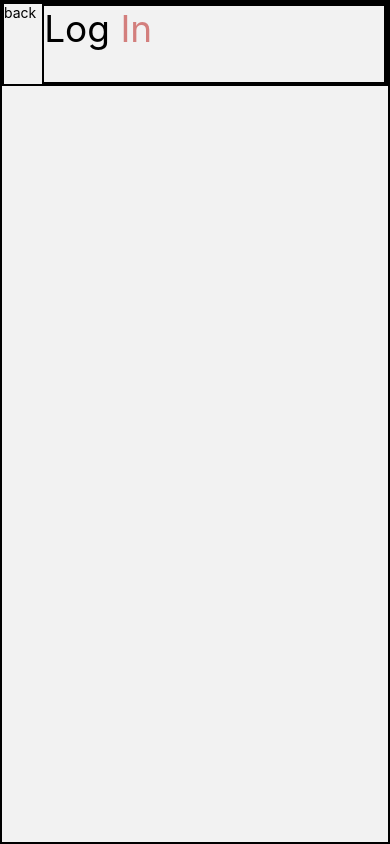
Repository: kgayathridevi/pregband
Screen: /
An editor plug-in stored every save of this project. The screen is shown before and after the next save, followed by the edit.
The app was drawn by React Native's web renderer in a window 390 px wide. The project was rebuilt for these pictures with package versions that can differ from the ones it lists, and the page was loaded fresh each time. Also part of the build but not shown: component/SignUpScreen.jsx, component/Home.jsx.

Above is the screen before, as saved 2023-04-28 13:12:17.

### App.js
import { NavigationContainer } from "@react-navigation/native";
import { createNativeStackNavigator } from "@react-navigation/native-stack";
import { StatusBar } from "expo-status-bar";
import { StyleSheet, Text, View } from "react-native";
import SignUpScreen from "./component/SignUpScreen";
import LogInScreen from "./component/LogInScreen";
import Home from "./component/Home";

const Stack = createNativeStackNavigator();
export default function App() {
  return (
    <NavigationContainer>
      <Stack.Navigator initialRouteName="Log">
        <Stack.Screen
          options={{ headerShown: false }}
          name="Log"
          component={LogInScreen}
        />
        <Stack.Screen name="Sign" component={SignUpScreen} />
        <Stack.Screen name="Home" component={Home} />
      </Stack.Navigator>
    </NavigationContainer>
  );
}

const styles = StyleSheet.create({
  // container: {
  //   flex: 1,
  //   backgroundColor: '#fff',
  //   alignItems: 'center',
  //   justifyContent: 'center',
  // },
});

### component/LogInScreen.jsx
import {
  Button,
  StyleSheet,
  Text,
  TextInput,
  TouchableOpacity,
  View,
} from "react-native";
import React from "react";
import { SafeAreaView } from "react-native-safe-area-context";

const LogInScreen = ({ navigation }) => {
  return (
    <SafeAreaView style={styles.container}>
      <View style={styles.headerContainer}>
        <View>
          <Text>back</Text>
        </View>
        <View style={styles.titleContain}>
          <Text style={styles.textC}>Log</Text>
          <Text style={[styles.textC, styles.textC2]}> In</Text>
        </View>
      </View>
      <View></View>
    </SafeAreaView>
  );
};

export default LogInScreen;

const styles = StyleSheet.create({
  container: {
    borderWidth: 2,
    height: "100%",
  },
  headerContainer: {
    borderWidth: 2,
    height: "10%",
    flexDirection: "row",
    justifyContent: "space-between",
  },
  titleContain: {
    borderWidth: 2,
    flexDirection: "row",
    width: "90%",
  },
  textC: {
    fontSize: 37,
  },
  textC2: {
    color: "#D37F7D",
  },
});

After the next save:
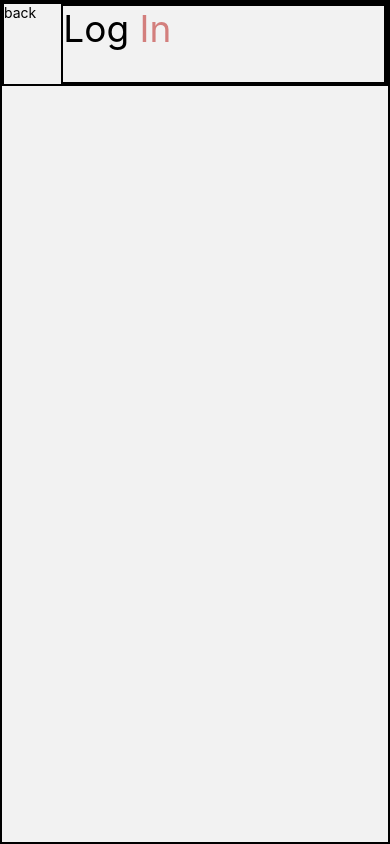
Saved 14 s later.
--- a/component/LogInScreen.jsx
+++ b/component/LogInScreen.jsx
@@ -42,7 +42,7 @@ const styles = StyleSheet.create({
   titleContain: {
     borderWidth: 2,
     flexDirection: "row",
-    width: "90%",
+    width: "85%",
   },
   textC: {
     fontSize: 37,
